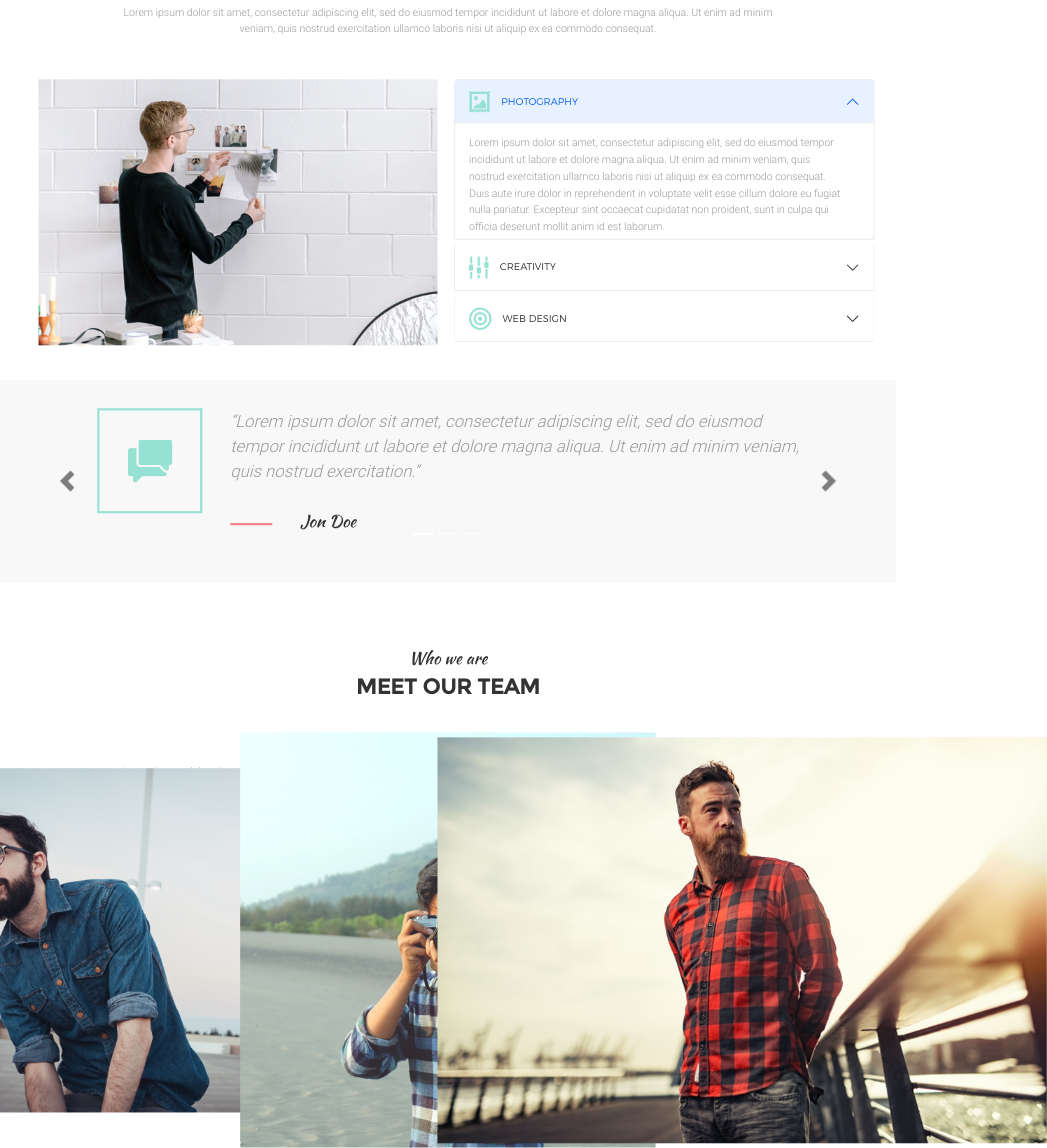
Repository: RaffiBarseghyan/mogo
Page: /
These files come from the project's save history. The page is drawn as it stood at one moment and after the next save; the edit follows.
The browser window is 1280 px wide. The page is 1496 px wide, then 1280 px, so the pictures cover 1496 px, including what lies to the right of the window. The pictures show the part of the page from y = 3685 to 5325 px (the page is 5325 px tall before and 5268 px after), at 70% of full size.
The project was rebuilt for these pictures with package versions that can differ from the ones it lists, and the page was loaded fresh each time.

Above is the page before, as saved 2023-05-12 23:17:53.

After the next save:
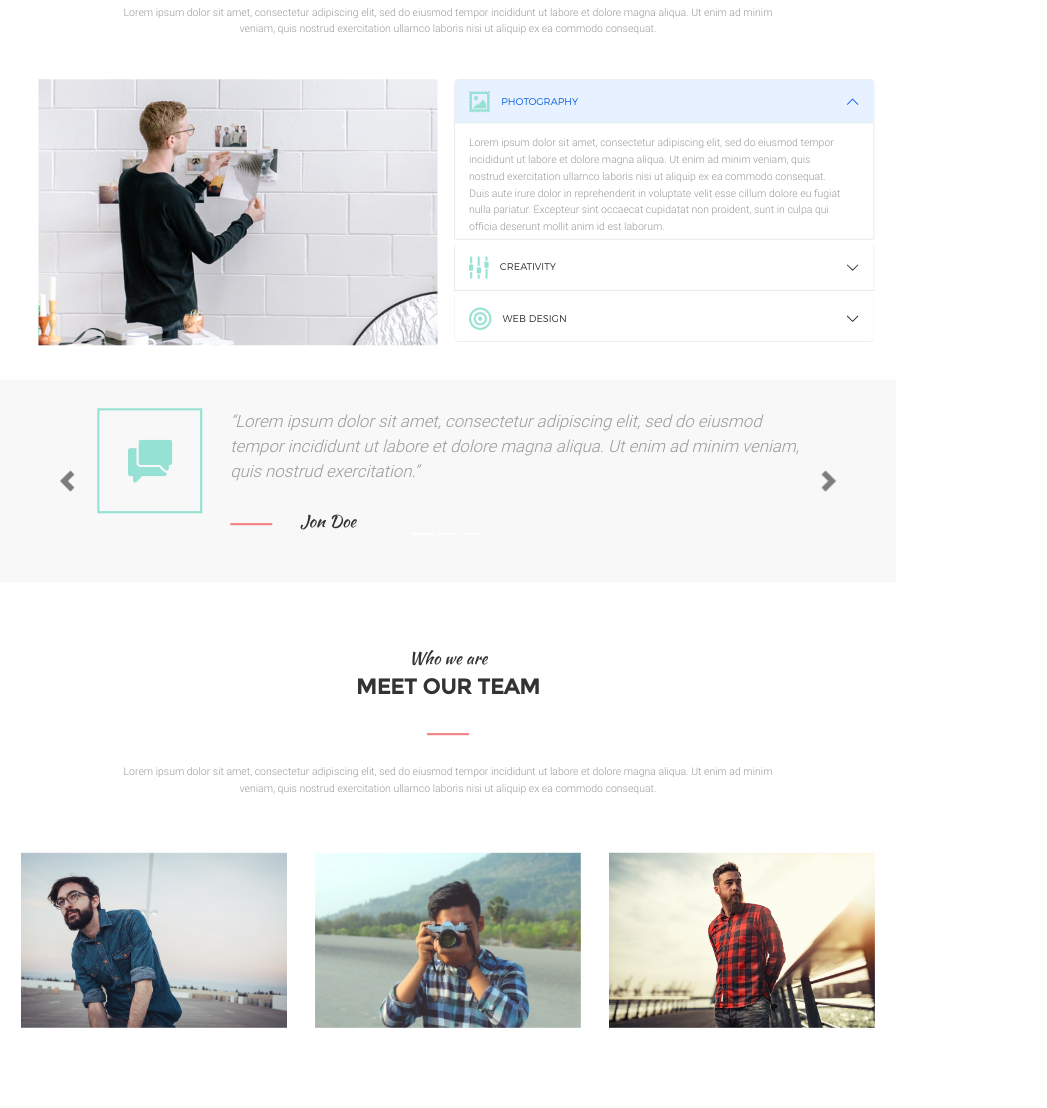
Saved 18 s later.
--- a/src/Pages/WeAre/weAre.module.scss
+++ b/src/Pages/WeAre/weAre.module.scss
@@ -56,6 +56,12 @@
     text-align: center;
     margin-bottom: 60px;
   }
+  img {
+    width: 380px;
+    height: 250px;
+    aspect-ratio: 3/2;
+    object-fit: cover;
+  }
 }
 .line {
   width: 60px;
